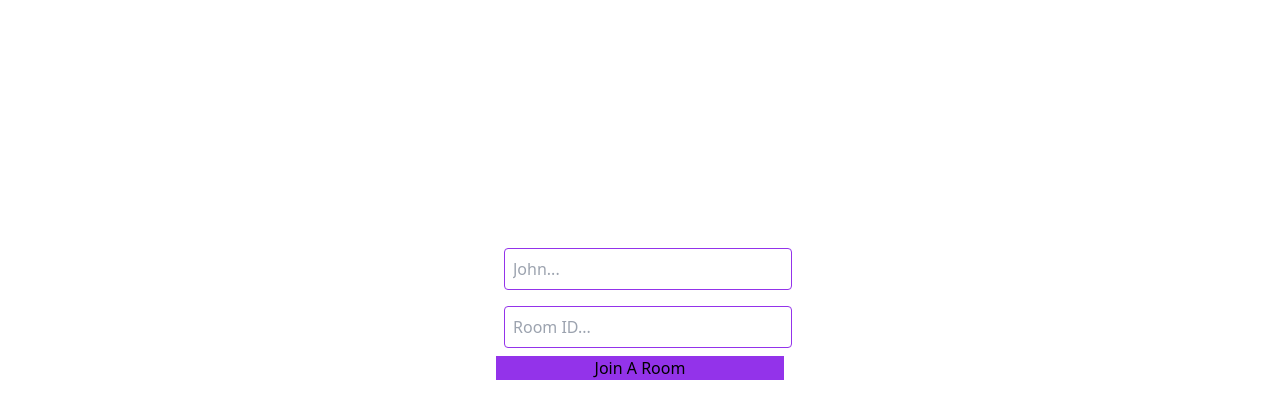
Repository: GabrielMorring/tictactoe
Page: /
An editor plug-in stored every save of this project. The page is shown before and after the next save, followed by the edit.
The browser window is 1280 px wide. The pictures show the whole page.
The page's requests for data from a server got no answer. The project was rebuilt for these pictures with package versions that can differ from the ones it lists, and the page was loaded fresh each time. No one was signed in, and anything a server would have sent is missing. Also part of the build but not shown: src/components/Square.jsx, src/components/Board.jsx.

Above is the page before, as saved 2022-06-20 10:26:49.

### src/App.js
import Board from "./components/Board";
import { useState } from "react";
import io from "socket.io-client";

const socket = io.connect("http://localhost:3001");

function App() {
  const [showBoard, setShowBoard] = useState(false);
  const [userName, setUserName] = useState("");
  const [room, setRoom] = useState("");

  const joinRoom = () => {
    if (userName !== "" && room !== "") {
      socket.emit("join_room", room);
      setShowBoard(true);
    } else {
      alert("Please enter a username and room");
    }
  };

  return (
    <div className="">
      {showBoard ? (
        <Board socket={socket} userName={userName} room={room} />
      ) : (
        <div className="flex flex-col w-72 mx-auto my-60 content-center">
          <input
            className="w-full p-2 m-2 border border-purple-600 rounded focus:outline-none"
            type="text"
            placeholder="John..."
            onChange={(e) => setUserName(e.target.value)}
          />
          <input
            className="w-full p-2 m-2 border border-purple-600 rounded focus:outline-none"
            type="text"
            placeholder="Room ID..."
            onChange={(e) => setRoom(e.target.value)}
          />
          <button className="bg-purple-600 " onClick={joinRoom}>
            Join A Room
          </button>
        </div>
      )}
    </div>
  );
}

export default App;

Loaded but not shown: public/index.html (common file); src/index.js (common file); src/index.css (common file); src/reportWebVitals.js (common file); tailwind.config.js (common file)

After the next save:
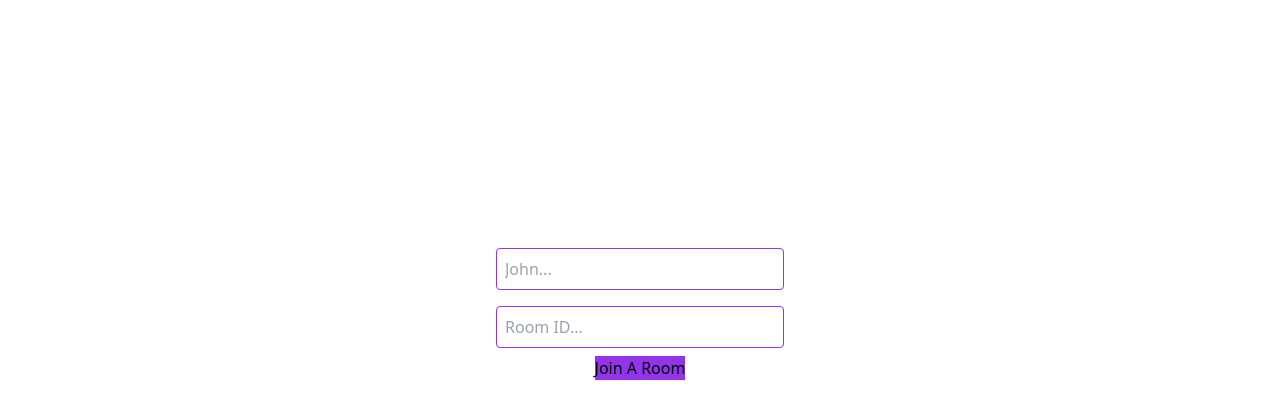
Saved 109 s later.
--- a/src/App.js
+++ b/src/App.js
@@ -23,7 +23,7 @@ function App() {
       {showBoard ? (
         <Board socket={socket} userName={userName} room={room} />
       ) : (
-        <div className="flex flex-col w-72 mx-auto my-60 content-center">
+        <div className="flex flex-col w-72 mx-auto my-60 items-center">
           <input
             className="w-full p-2 m-2 border border-purple-600 rounded focus:outline-none"
             type="text"
